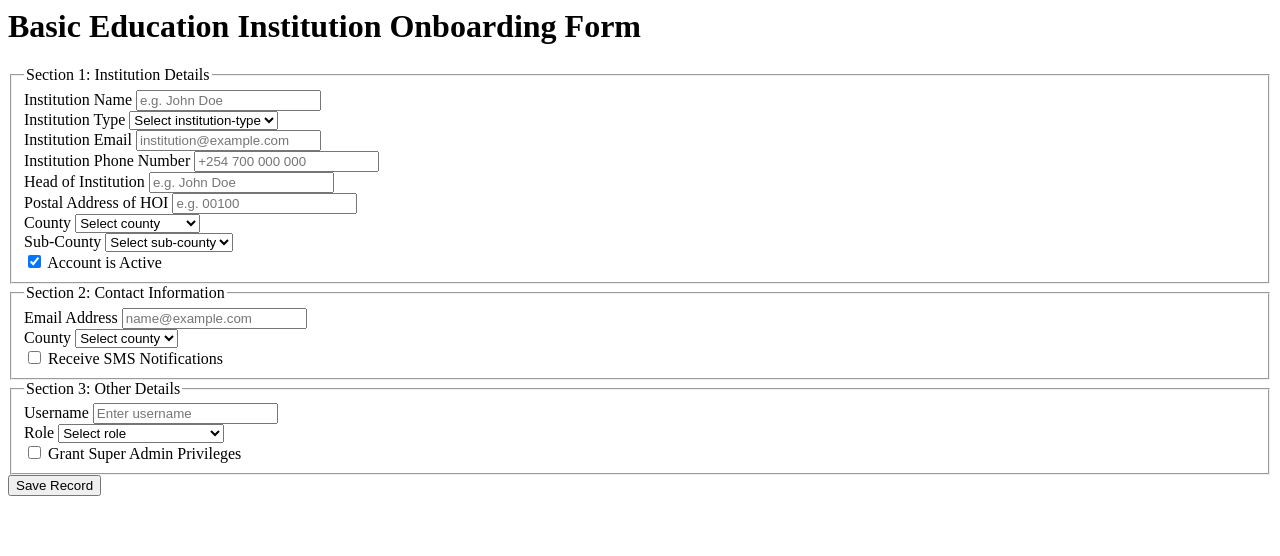
Repository: ndirituart/KEMIS
Page: angular-client/src/app/pages/basic-education/basic-education.html
These files come from the project's save history. The page is drawn as it stood at one moment and after a run of saves; the edit follows.
The browser window is 1280 px wide. The pictures show the whole page.

Above is the page before, as saved 2026-10-19 17:59:37.

After the next 2 saves:
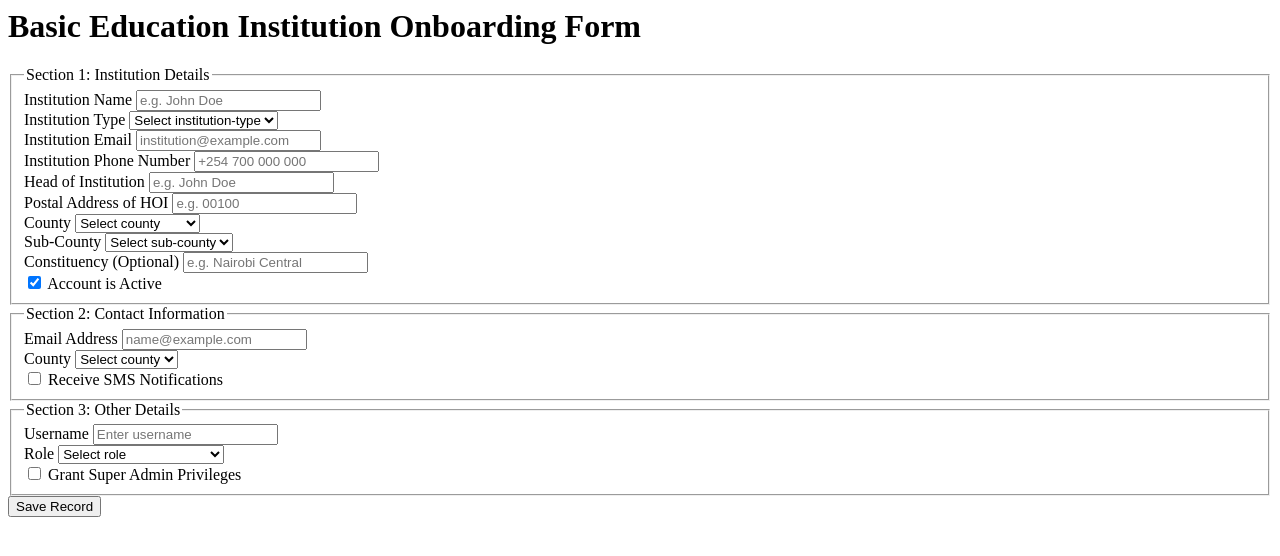
The 2 saves are shown as one change because they came seconds apart.
The last was saved 6 s later.
--- a/angular-client/src/app/pages/basic-education/basic-education.html
+++ b/angular-client/src/app/pages/basic-education/basic-education.html
@@ -113,7 +113,10 @@
       </div>
 
       <!--Constituency Name OPTIONAL-->
-
+      <div class="col-md-6">
+        <label for="constituency" class="form-label fw-semibold">Constituency (Optional)</label>
+        <input type="text" class="form-control" id="constituency" name="constituency" placeholder="e.g. Nairobi Central">
+      </div>
 
 
       <!-- Boolean Toggle (Switch) -->
